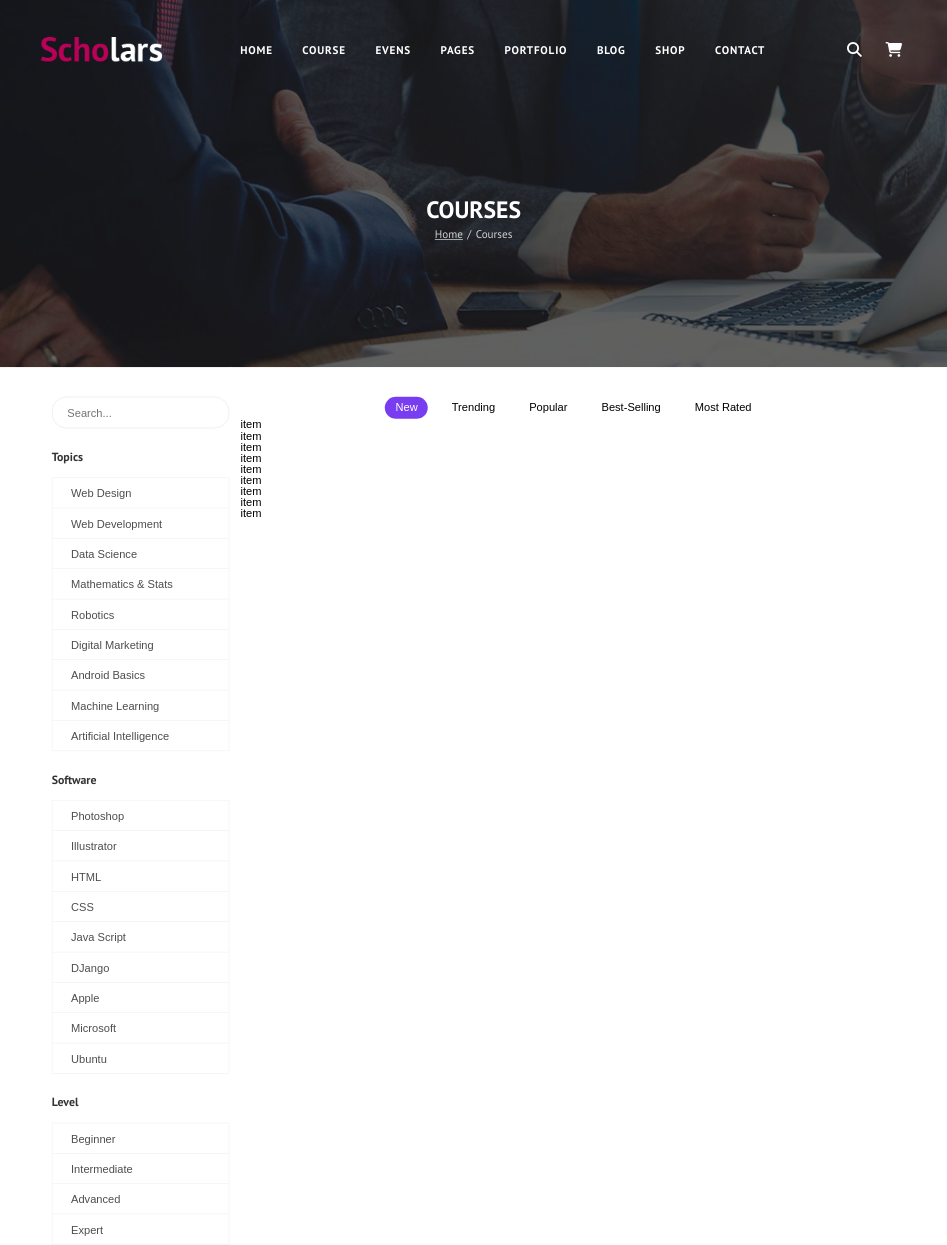
Repository: lannguyen1301/f8-zoom-day-7
Page: index.html
The author's editor kept a copy of each file at every save. The page is drawn from the files as they stood at one save, then again after the next save.
The browser window is 1280 px wide. The pictures show the whole page, at 74% of full size.
Some web fonts or font styles are not loaded; a fallback is used.

Above is the page before, as saved 2025-04-24 23:45:52.

After the next save:
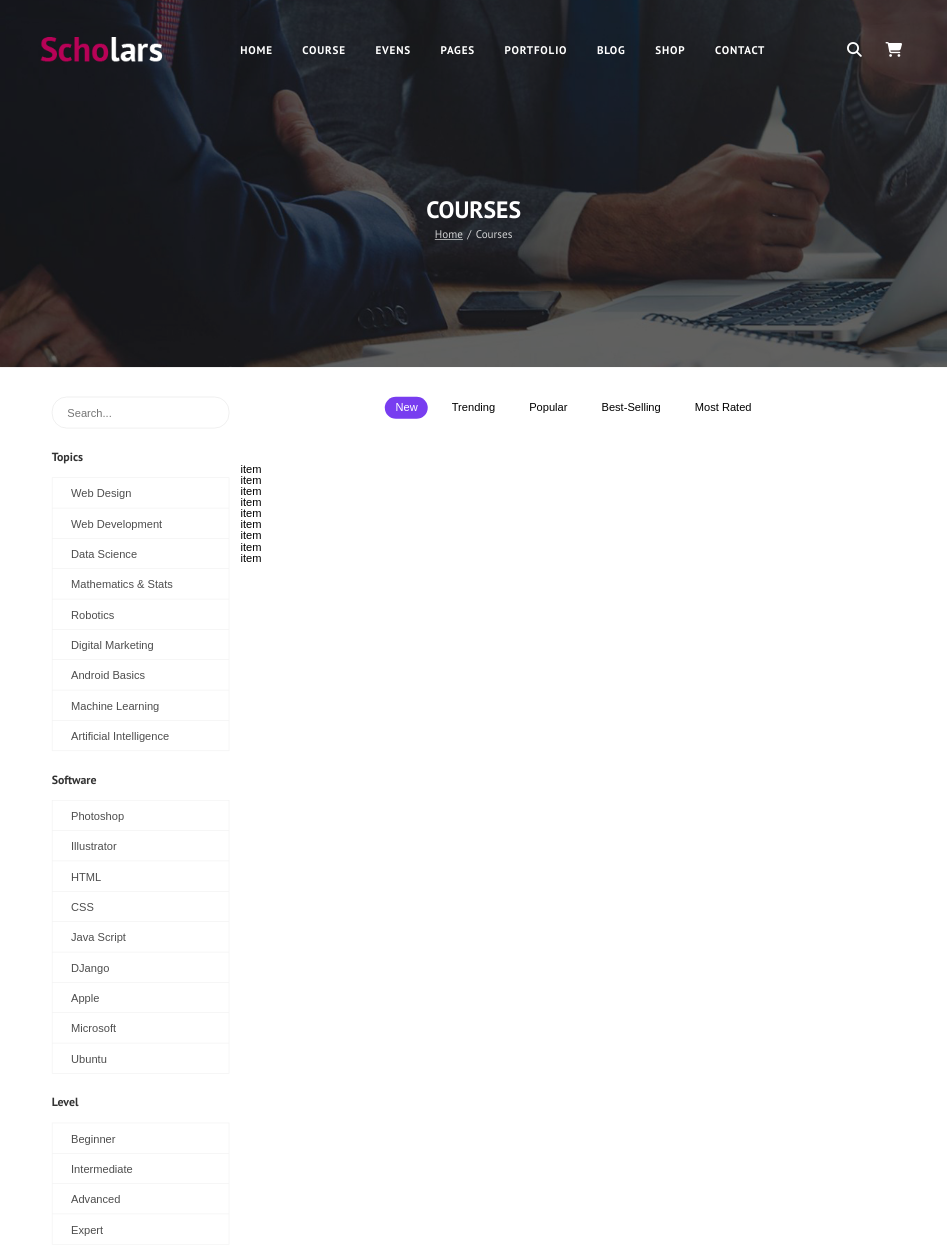
Saved 60 s later.
--- a/assets/css/style.css
+++ b/assets/css/style.css
@@ -240,3 +240,8 @@ ul.menu li + li {
     /* border-radius: 999px; */
     color: var(--white);
 }
+
+/* Courses list */
+.courses-list {
+    margin-top: 60px;
+}
